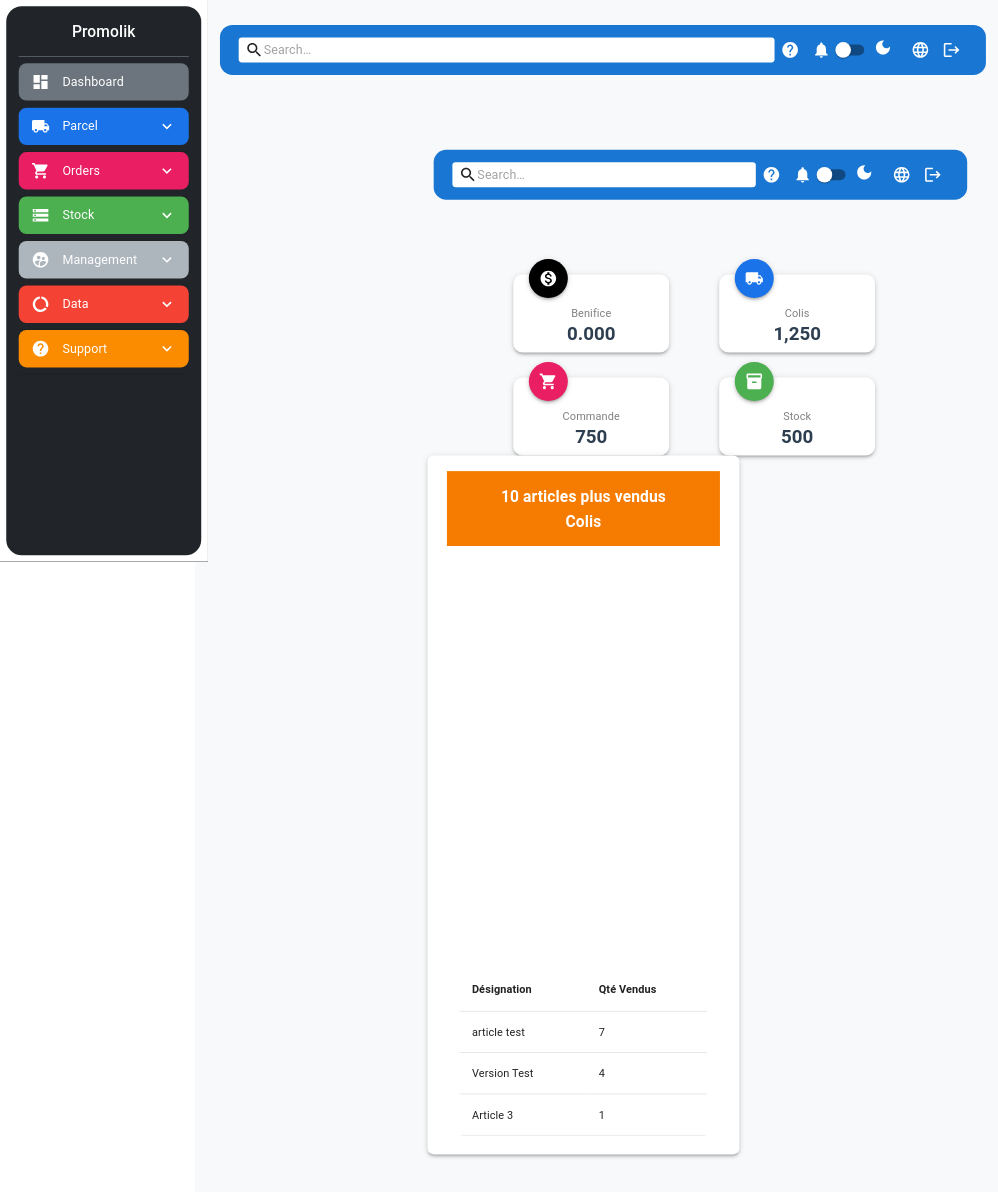
Repository: yosrjdly/stk
Page: /dashboard (app in dashboard/)
The author's editor kept a copy of each file at every save. The page is drawn from the files as they stood at one save, then again after the next save.
The browser window is 1280 px wide. The pictures show the whole page, at 78% of full size.
The project was rebuilt for these pictures with package versions that can differ from the ones it lists, and the page was loaded fresh each time. The framework's server and built-in components were replaced by stand-ins that run in the browser. Also part of the build but not shown: dashboard/next.config.ts.

Above is the page before, as saved 2025-02-14 18:17:01.

### dashboard/src/app/dashboard/Layout.tsx
"use client";

import { Box, CssBaseline, Toolbar } from "@mui/material";
import Sidebar from "../../componenets/sidebar/SideBar";
import Navbar from "../../componenets/navbar/Navbar"; // Assuming you have a Navbar component
import { ReactNode } from "react";

interface LayoutProps {
  children: ReactNode;
}

export default function Layout({ children }: LayoutProps) {
  return (
    <Box sx={{ display: "flex" }}>
      <CssBaseline />

      {/* Sidebar (Permanent) */}
      <Sidebar />

      {/* Main Content Area */}
      <Box
        component="main"
        sx={{

          flexGrow: 1,
          p: 3,
          width: `calc(100% - 250px)`, // Adjusting main content width to fit sidebar
          backgroundColor: "#f8f9fa",
          minHeight: "100vh",
        }}
      >
        {/* Navbar */}
        <Navbar />

        {/* Page Content */}
        <Toolbar /> {/* Keeps content from being hidden behind Navbar */}
        {children}
      </Box>
    </Box>
  );
}

### dashboard/src/app/dashboard/page.tsx
import DashboardStats from "@/componenets/cards/smallCard/StatisticCard";
import Layout from "../dashboard/Layout";
import TopSellingCard from "@/componenets/cards/mediumCard/TopSellingCard";

export default function DashboardHome() {
  return (
    <Layout>
    <DashboardStats/>
    <TopSellingCard/>
    </Layout>
  );
}

### dashboard/src/componenets/sidebar/SideBar.tsx
"use client";

import { useState } from "react";
import { useRouter, usePathname } from "next/navigation";
import {
  Drawer,
  List,
  ListItemButton,
  ListItemText,
  Collapse,
  Divider,
  Typography,
  Box,
  IconButton,
} from "@mui/material";
import { ExpandLess, ExpandMore, Brightness4, Brightness7 } from "@mui/icons-material";
import DashboardIcon from '@mui/icons-material/Dashboard';
import LocalShippingIcon from '@mui/icons-material/LocalShipping';
import ShoppingCartIcon from '@mui/icons-material/ShoppingCart';
import StorageIcon from '@mui/icons-material/Storage';
import SupervisedUserCircleIcon from '@mui/icons-material/SupervisedUserCircle';
import DataUsageIcon from '@mui/icons-material/DataUsage';
import HelpIcon from '@mui/icons-material/Help';

const menuItems = [
  {
    title: "Dashboard",
    path: "/dashboard",
    color: "#6c757d",
    icon: <DashboardIcon />,
  },
  {
    title: "Parcel",
    subItems: [
      { title: "Exchange List", path: "/dashboard/parcel/exchangeList" },
      { title: "Exchange Return", path: "/dashboard/parcel/exchangeReturn" },
      { title: "Exchange Creation", path: "/dashboard/parcel/exchangeCreation" },
      { title: "Package Creation", path: "/dashboard/parcel/packageCreation" },
      { title: "Package Edit", path: "/dashboard/parcel/packageEdit" },
      { title: "Package List", path: "/dashboard/parcel/packageList" },
      { title: "Parcel Return", path: "/dashboard/parcel/parcelReturn" },
    ],
    color: "#1a73e8",
    icon: <LocalShippingIcon />,
  },
  {
    title: "Orders",
    subItems: [
      { title: "Cash Sale", path: "/dashboard/orders/cashSale" },
      { title: "Orders", path: "/dashboard/orders/orders" },
    ],
    color: "#e91e63",
    icon: <ShoppingCartIcon />,
  },
  {
    title: "Stock",
    subItems: [
      { title: "Add Article", path: "/dashboard/stock/addArticle" },
      { title: "Entred Stock", path: "/dashboard/stock/entredStock" },
      { title: "Notification", path: "/dashboard/stock/notification" },
      { title: "Stock", path: "/dashboard/stock/stock" },
    ],
    color: "#4caf50",
    icon: <StorageIcon />,
  },
  {
    title: "Management",
    subItems: [
      { title: "Delivery Company", path: "/manegement/deliveryCompany" },
      { title: "Profile", path: "/dashboard/management/profile" },
      { title: "Profit", path: "/dashboard/management/profit" },
      { title: "Spending", path: "/dashboard/management/spending" },
      { title: "User", path: "/dashboard/management/user" },
    ],
    color: "#adb5bd",
    icon: <SupervisedUserCircleIcon />,
  },
  {
    title: "Data",
    subItems: [
      { title: "Archived Parcel", path: "/dashboard/data/archivedParcel" },
      { title: "Command Deleted", path: "/dashboard/data/commandDeleted" },
      { title: "Deleted Parcel", path: "/dashboard/data/deletedParcel" },
      { title: "Inventory Removed", path: "/dashboard/data/inventoryRemoved" },
    ],
    color: "#f44335",
    icon: <DataUsageIcon />,
  },
  {
    title: "Support",
    subItems: [
      { title: "About Us", path: "/dashboard/support/aboutUs" },
      { title: "Claims", path: "/dashboard/support/claims" },
      { title: "User Guide", path: "/dashboard/support/userGuide" },
    ],
    color: "#fb8c00",
    icon: <HelpIcon />,
  },
];

export default function Sidebar() {
  const router = useRouter();
  const pathname = usePathname();
  const [openSections, setOpenSections] = useState<Record<string, boolean>>({});

  const toggleSection = (title: string) => {
    setOpenSections((prev) => ({
      ...prev,
      [title]: !prev[title],
    }));
  };

  return (
    <Drawer variant="permanent" sx={{ width: 250, flexShrink: 0, marginTop: 2 }}>
      <Box sx={{ height: "100%", width: 250, padding: 2, backgroundColor: "#212529", borderRadius: 5, margin: 1 }}>
        <Typography variant="h6" sx={{ color: "white", textAlign: "center", mb: 2 }}>
          Promolik
        </Typography>
        <Divider sx={{ backgroundColor: "#6c757d" }} />
        <List>
          {menuItems.map((item, index) => {
            const isParentActive = item.subItems?.some((subItem) => pathname === subItem.path);

            return (
              <div key={index}>
                {item.subItems ? (
                  <>
                    <ListItemButton
                      sx={{
                        backgroundColor: item.color,
                        borderRadius: "10px",
                        marginBottom: 1,
                        color: "white",
                      }}
                      onClick={() => toggleSection(item.title)}
                    >
                      {item.icon}
                      <ListItemText primary={item.title} sx={{ ml: 2 }} />
                      {openSections[item.title] ? <ExpandLess /> : <ExpandMore />}
                    </ListItemButton>
                    <Collapse in={openSections[item.title]} timeout="auto" unmountOnExit>
                      <List component="div" disablePadding>
                        {item.subItems.map((subItem, subIndex) => (
                          <ListItemButton
                            key={subIndex}
                            sx={{
                              pl: 4,
                              backgroundColor: pathname === subItem.path ? item.color : "transparent",
                              borderRadius: pathname === subItem.path ? "10px" : "0px",
                              marginBottom: 1,
                              color: pathname === subItem.path ? "white" : "#ccc",
                            }}
                            onClick={() => router.push(subItem.path)}
                          >
                            <ListItemText primary={subItem.title} />
                          </ListItemButton>
                        ))}
                      </List>
                    </Collapse>
                  </>
                ) : (
                  <ListItemButton
                    sx={{
                      backgroundColor: pathname === item.path ? item.color : "transparent",
                      borderRadius: pathname === item.path ? "10px" : "0px",
                      marginBottom: 1,
                      color: pathname === item.path ? "white" : "#ccc",
                    }}
                    onClick={() => router.push(item.path)}
                  >
                    {item.icon}
                    <ListItemText primary={item.title} sx={{ ml: 2 }} />
                  </ListItemButton>
                )}
                <Divider />
              </div>
            );
          })}
        </List>
      </Box>
    </Drawer>
  );
}

### dashboard/src/componenets/navbar/Navbar.tsx
'use client';

import React, { useState } from 'react';
import { AppBar, Toolbar, IconButton, InputBase, Menu, MenuItem, Switch, FormControlLabel } from '@mui/material';
import { Search as SearchIcon, Help as HelpIcon, Notifications as NotificationsIcon, Language as LanguageIcon, Logout as LogoutIcon, DarkMode as DarkModeIcon } from '@mui/icons-material';
import { useTheme } from '@mui/material/styles';

const Navbar = () => {
  const [anchorEl, setAnchorEl] = useState(null);
  const [themeMode, setThemeMode] = useState(false); // Dark mode state

  const theme = useTheme();

  const handleMenuOpen = (event) => {
    setAnchorEl(event.currentTarget);
  };

  const handleMenuClose = () => {
    setAnchorEl(null);
  };

  const toggleTheme = () => {
    setThemeMode((prev) => !prev);
    // You can add a theme switcher logic here (like changing the theme color)
  };

  return (
    <AppBar
      position="sticky"
      sx={{
        mx: 1,
        mt: 1,
        borderRadius: '16px',
        boxShadow: 'none',
        backdropFilter: 'blur(10ppx',
        zIndex: 1200,
      }}
    >
      <Toolbar>
        {/* Search Bar */}
        <InputBase
          placeholder="Search…"
          startAdornment={<SearchIcon />}
          sx={{ flexGrow: 1, backgroundColor: theme.palette.background.default, borderRadius: '4px', paddingLeft: '8px' }}
        />

        {/* Help Icon */}
        <IconButton color="inherit" onClick={handleMenuOpen}>
          <HelpIcon />
        </IconButton>

        {/* Notifications Icon */}
        <IconButton color="inherit">
          <NotificationsIcon />
        </IconButton>

        {/* Theme Switch */}
        <FormControlLabel
          control={<Switch checked={themeMode} onChange={toggleTheme} />}
          label={<DarkModeIcon />}
        />

        {/* Language Icon */}
        <IconButton color="inherit">
          <LanguageIcon />
        </IconButton>

        {/* Logout Icon */}
        <IconButton color="inherit">
          <LogoutIcon />
        </IconButton>
      </Toolbar>

      {/* Help Icon Menu */}
      <Menu
        anchorEl={anchorEl}
        open={Boolean(anchorEl)}
        onClose={handleMenuClose}
      >
        <MenuItem onClick={handleMenuClose}>Help Center</MenuItem>
        <MenuItem onClick={handleMenuClose}>Contact Support</MenuItem>
      </Menu>
    </AppBar>
  );
};

export default Navbar;

### dashboard/src/componenets/cards/smallCard/StatisticCard.tsx
'use client';

import React from 'react';
import { Card, CardContent, Typography, Box } from '@mui/material';
import MonetizationOnIcon from '@mui/icons-material/MonetizationOn';
import LocalShippingIcon from '@mui/icons-material/LocalShipping';
import ShoppingCartIcon from '@mui/icons-material/ShoppingCart';
import InventoryIcon from '@mui/icons-material/Inventory';

const StatisticCard = ({
  title,
  value,
  icon,
  bgColor,
}: {
  title: string;
  value: string;
  icon: React.ReactNode;
  bgColor: string;
}) => {
  return (
    <Box sx={{ position: 'relative', display: 'inline-block', mx: 2 }}>
      {/* Floating Icon */}
      <Box
        sx={{
          position: 'absolute',
          top: -20,
          left: 20,
          width: 50,
          height: 50,
          borderRadius: '50%',
          backgroundColor: bgColor,
          display: 'flex',
          alignItems: 'center',
          justifyContent: 'center',
          boxShadow: 3,
        }}
      >
        {icon}
      </Box>

      {/* Card */}
      <Card
        sx={{
          width: 200,
          height: 100,
          borderRadius: 3,
          textAlign: 'center',
          boxShadow: 3,
          backgroundColor: 'white',
          pt: 3,
        }}
      >
        <CardContent>
          <Typography variant="body2" sx={{ color: 'gray' }}>
            {title}
          </Typography>
          <Typography variant="h5" sx={{ fontWeight: 'bold', color: '#2D3E50' }}>
            {value}
          </Typography>
        </CardContent>
      </Card>
    </Box>
  );
};

const DashboardStats = () => {
  const stats = [
    { title: 'Benifice', value: '0.000', icon: <MonetizationOnIcon sx={{ color: 'white' }} />, bgColor: 'black' },
    { title: 'Colis', value: '1,250', icon: <LocalShippingIcon sx={{ color: 'white' }} />, bgColor: '#1a73e8' },
    { title: 'Commande', value: '750', icon: <ShoppingCartIcon sx={{ color: 'white' }} />, bgColor: '#e91e63' },
    { title: 'Stock', value: '500', icon: <InventoryIcon sx={{ color: 'white' }} />, bgColor: '#4caf50' },
  ];

  return (
    <Box display="flex" justifyContent="center" gap={4} flexWrap="wrap" mt={4}>
      {stats.map((stat, index) => (
        <StatisticCard key={index} title={stat.title} value={stat.value} icon={stat.icon} bgColor={stat.bgColor} />
      ))}
    </Box>
  );
};

export default DashboardStats;

### dashboard/src/componenets/cards/mediumCard/TopSellingCard.tsx
"use client";

import { Card, CardContent, Typography, Table, TableBody, TableCell, TableContainer, TableHead, TableRow, Paper, Box } from "@mui/material";

const data = [
  { name: "article test", quantity: 7 },
  { name: "Version Test", quantity: 4 },
  { name: "Article 3", quantity: 1 },
];

const TopSellingCard = () => {
  return (
    <Card sx={{ width: 400, borderRadius: 2, boxShadow: 3, overflow: "hidden", display: "flex", flexDirection: "column", alignItems: "center", justifyContent: "center", position: "relative" }}>
      <CardContent sx={{ backgroundColor: "#f57c00", color: "white", textAlign: "center", padding: 2, width: 350, position: "absolute", top: 20 }}>
        <Typography variant="h6" fontWeight="bold">
          10 articles plus vendus
        </Typography>
        <Typography variant="h6" fontWeight="bold">
          Colis
        </Typography>
      </CardContent>
      <CardContent sx={{ width: 350, marginTop: 80 }}>
        <TableContainer component={Paper} elevation={0} sx={{ boxShadow: "none" }}>
          <Table>
            <TableHead>
              <TableRow>
                <TableCell sx={{ fontWeight: "bold" }}>Désignation</TableCell>
                <TableCell sx={{ fontWeight: "bold" }}>Qté Vendus</TableCell>
              </TableRow>
            </TableHead>
            <TableBody>
              {data.map((item, index) => (
                <TableRow key={index}>
                  <TableCell>{item.name}</TableCell>
                  <TableCell>{item.quantity}</TableCell>
                </TableRow>
              ))}
            </TableBody>
          </Table>
        </TableContainer>
      </CardContent>
    </Card>
  );
};

export default TopSellingCard;

Loaded but not shown: dashboard/src/app/layout.tsx (common file); dashboard/src/app/globals.css (common file)

After the next save:
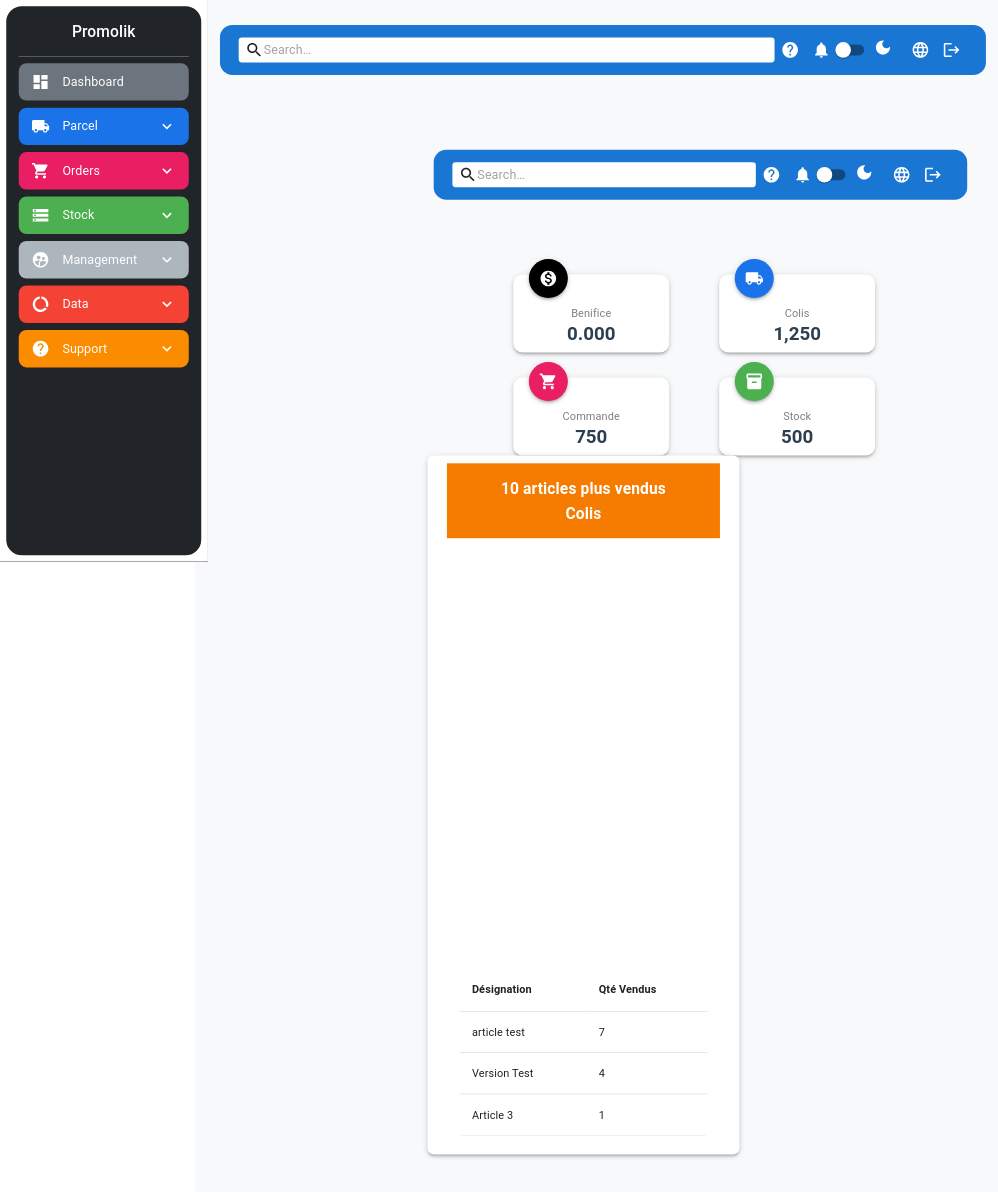
Saved 13 s later.
--- a/dashboard/src/componenets/cards/mediumCard/TopSellingCard.tsx
+++ b/dashboard/src/componenets/cards/mediumCard/TopSellingCard.tsx
@@ -11,7 +11,7 @@ const data = [
 const TopSellingCard = () => {
   return (
     <Card sx={{ width: 400, borderRadius: 2, boxShadow: 3, overflow: "hidden", display: "flex", flexDirection: "column", alignItems: "center", justifyContent: "center", position: "relative" }}>
-      <CardContent sx={{ backgroundColor: "#f57c00", color: "white", textAlign: "center", padding: 2, width: 350, position: "absolute", top: 20 }}>
+      <CardContent sx={{ backgroundColor: "#f57c00", color: "white", textAlign: "center", padding: 2, width: 350, position: "absolute", top: 10 }}>
         <Typography variant="h6" fontWeight="bold">
           10 articles plus vendus
         </Typography>
